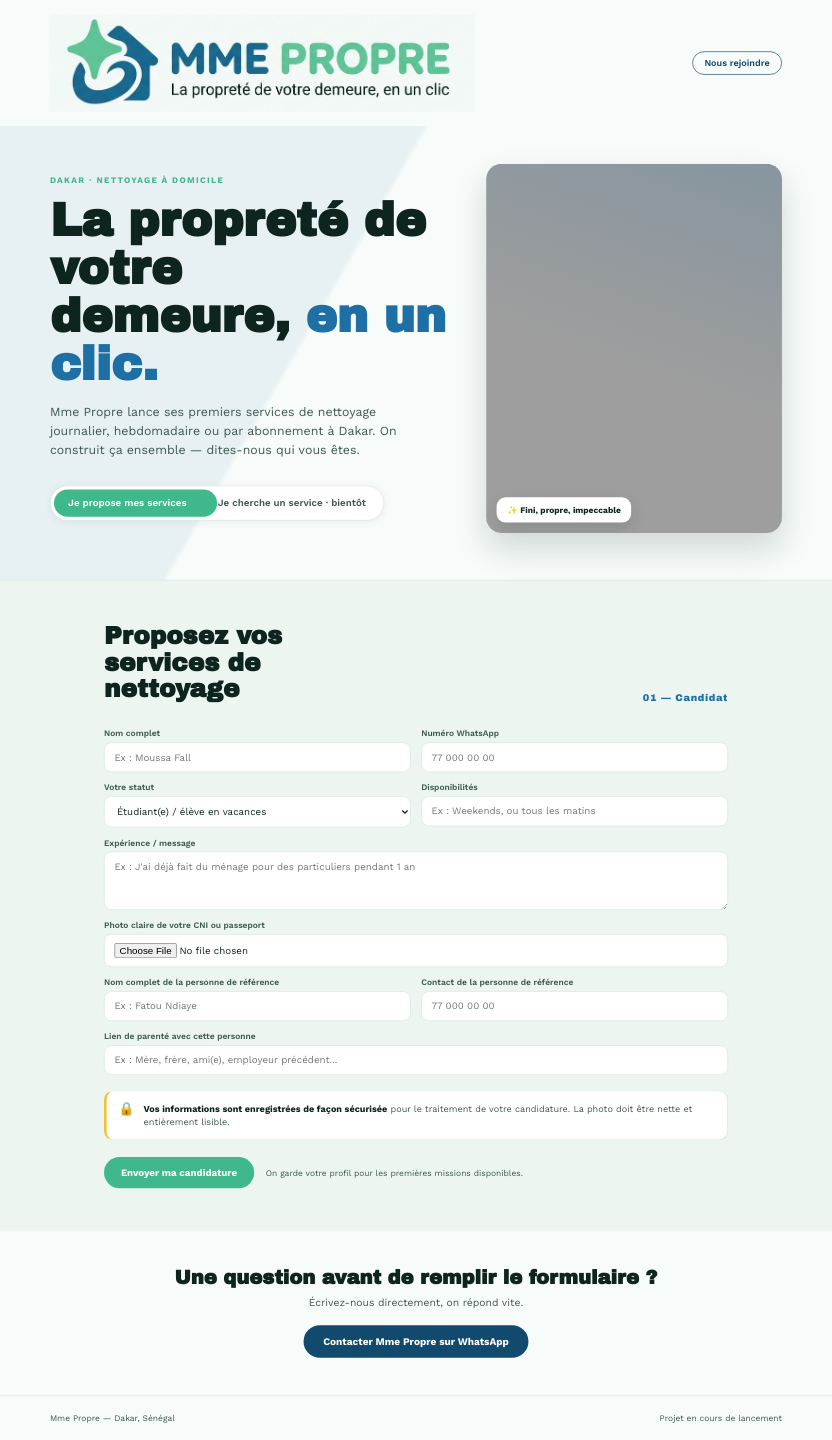
Repository: AntaaaKD/Mme-Propre
Page: test.html
These files come from the project's save history. The page is drawn as it stood at one moment and after the next save; the edit follows.
The browser window is 1280 px wide. The pictures show the whole page, at 65% of full size.
Pictures or frames that could not be fetched are drawn as grey boxes.

Above is the page before, as saved 2026-07-20 01:00:27.

### test.html
<!DOCTYPE html>
<html lang="fr">
<head>
<meta charset="UTF-8">
<meta name="viewport" content="width=device-width, initial-scale=1.0">
<title>Mme Propre — La propreté de votre demeure, en un clic</title>
<link rel="preconnect" href="https://fonts.googleapis.com">
<link rel="preconnect" href="https://fonts.gstatic.com" crossorigin>
<link href="https://fonts.googleapis.com/css2?family=Archivo+Black&family=Work+Sans:wght@400;500;600;700&display=swap" rel="stylesheet">
<style>
  :root{
    --surface:#F7FBF9;
    --surface-2:#ECF5F0;
    --ink:#0E241E;
    --ink-soft:#3E5A52;
    --blue:#1D6FA5;
    --blue-deep:#124A6E;
    --mint:#3FB88C;
    --lemon:#F2C230;
    --line:#D6E6DE;
    --radius:18px;
    --display:"Archivo Black", sans-serif;
    --body:"Work Sans", sans-serif;
  }
  *{box-sizing:border-box;}
  body{margin:0;padding:0;background:var(--surface);color:var(--ink);font-family:var(--body);}
  a{color:inherit;}

  /* ---------- HEADER ---------- */
  header{
    display:flex;align-items:center;justify-content:space-between;
    padding:22px 6vw;
  }
  .logo{
    font-family:var(--display);
    font-size:20px;
    letter-spacing:0.5px;
    display:flex;align-items:center;gap:10px;
  }
  .logo-img {
  height: 150px; /* Ajustez la hauteur selon vos besoins */
  width: auto;
  display: block;
}
  .logo-dot{width:12px;height:12px;border-radius:50%;background:var(--mint);box-shadow:0 0 0 4px rgba(63,184,140,0.18);}
  .header-cta{
    font-size:14px;font-weight:600;color:var(--blue-deep);
    border:1.5px solid var(--blue-deep);border-radius:999px;
    padding:9px 18px;text-decoration:none;
    transition:background .2s ease, color .2s ease;
  }
  .header-cta:hover{background:var(--blue-deep);color:#fff;}

  /* ---------- HERO ---------- */
  .hero{
    position:relative;
    padding:8vh 6vw 10vh;
    overflow:hidden;
  }
  .hero-grid{
    position:relative;z-index:2;
    display:grid;grid-template-columns:1.15fr 0.85fr;gap:56px;align-items:center;
  }
  @media (max-width:860px){
    .hero-grid{grid-template-columns:1fr;}
    .hero-image{order:-1;max-height:280px;}
  }
  .hero-image{
    position:relative;border-radius:24px;overflow:hidden;
    box-shadow:0 24px 50px rgba(14,36,30,0.16);
    aspect-ratio:4/5;
  }
  .hero-image img{
    width:100%;height:100%;object-fit:cover;display:block;
  }
  .hero-image::after{
    content:"";position:absolute;inset:0;
    background:linear-gradient(200deg, rgba(29,111,165,0.18), transparent 55%);
  }
  .hero-badge{
    position:absolute;bottom:16px;left:16px;z-index:3;
    background:#fff;border-radius:14px;padding:12px 16px;
    display:flex;align-items:center;gap:10px;
    box-shadow:0 10px 24px rgba(14,36,30,0.14);
    font-size:13px;font-weight:700;color:var(--ink);
  }
  .hero-wipe{
    position:absolute;inset:0;
    background:linear-gradient(120deg, var(--blue) 0%, var(--blue) 42%, transparent 42.5%);
    opacity:0.07;
    animation:wipe 6s ease-in-out infinite;
    pointer-events:none;
  }
  @keyframes wipe{
    0%,100%{transform:translateX(-8%);}
    50%{transform:translateX(8%);}
  }
  .eyebrow{
    font-size:13px;font-weight:700;letter-spacing:2px;text-transform:uppercase;
    color:var(--mint);margin-bottom:18px;
  }
  h1{
    font-family:var(--display);
    font-size:clamp(38px,6vw,72px);
    line-height:1.02;
    margin:0 0 22px;
    max-width:14ch;
  }
  h1 .accent{color:var(--blue);}
  .hero p{
    font-size:19px;color:var(--ink-soft);max-width:46ch;line-height:1.55;margin:0 0 40px;
  }

  /* ---------- SWITCH ---------- */
  .switch{
    display:inline-flex;background:#fff;border:1.5px solid var(--line);
    border-radius:999px;padding:5px;gap:4px;position:relative;
    box-shadow:0 2px 14px rgba(14,36,30,0.06);
  }
  .switch button{
    border:none;background:transparent;font-family:var(--body);font-weight:600;font-size:15px;
    padding:12px 22px;border-radius:999px;cursor:pointer;color:var(--ink-soft);
    transition:color .2s ease;position:relative;z-index:2;
  }
  .switch button.active{color:#fff;}
  .switch-thumb{
    position:absolute;top:5px;left:5px;bottom:5px;
    width:calc(50% - 5px);
    background:var(--mint);border-radius:999px;
    transition:transform .28s cubic-bezier(.65,0,.35,1);
    z-index:1;
  }
  .switch.pos-1 .switch-thumb{transform:translateX(100%);background:var(--blue-deep);}

  /* ---------- SECTION WRAPPER ---------- */
  .panel{
    background:var(--surface-2);
    border-top:1px solid var(--line);
    padding:9vh 6vw;
  }
  .panel-inner{max-width:960px;margin:0 auto;}
  .panel-head{display:flex;align-items:flex-end;justify-content:space-between;gap:24px;margin-bottom:40px;flex-wrap:wrap;}
  .panel h2{font-family:var(--display);font-size:clamp(26px,3.4vw,38px);margin:0;max-width:16ch;}
  .panel-head .num{font-family:var(--display);font-size:15px;color:var(--blue);letter-spacing:1px;}

  .grid{display:grid;grid-template-columns:1fr 1fr;gap:16px;}
  @media (max-width:680px){.grid{grid-template-columns:1fr;}}

  .field{display:flex;flex-direction:column;gap:6px;}
  .field.full{grid-column:1/-1;}
  label{font-size:13px;font-weight:600;color:var(--ink-soft);}
  input,select,textarea{
    font-family:var(--body);font-size:15px;
    border:1.5px solid var(--line);border-radius:12px;
    padding:13px 15px;background:#fff;color:var(--ink);
    outline:none;transition:border-color .18s ease;
  }
  input:focus,select:focus,textarea:focus{border-color:var(--blue);}
  textarea{resize:vertical;min-height:90px;}

  .submit-row{margin-top:26px;display:flex;align-items:center;gap:18px;flex-wrap:wrap;}
  .btn-whatsapp{
    display:inline-flex;align-items:center;gap:10px;
    background:var(--mint);color:#fff;border:none;border-radius:999px;
    padding:15px 26px;font-family:var(--body);font-weight:700;font-size:15px;cursor:pointer;
    transition:transform .15s ease, box-shadow .15s ease;
  }
  .btn-whatsapp:hover{transform:translateY(-2px);box-shadow:0 8px 22px rgba(63,184,140,0.35);}
  .hint{font-size:13px;color:var(--ink-soft);}

  .id-notice{
    display:flex;gap:14px;align-items:flex-start;
    background:#fff;border:1.5px solid var(--line);border-left:4px solid var(--lemon);
    border-radius:14px;padding:16px 18px;margin-top:24px;
  }
  .id-notice .icon{font-size:20px;line-height:1;}
  .id-notice p{margin:0;font-size:14px;color:var(--ink-soft);line-height:1.5;}
  .id-notice strong{color:var(--ink);}

  /* ---------- DIRECT CONTACT ---------- */
  .direct{
    padding:8vh 6vw;text-align:center;
  }
  .direct h3{font-family:var(--display);font-size:clamp(22px,3vw,30px);margin:0 0 12px;}
  .direct p{color:var(--ink-soft);margin:0 0 26px;font-size:16px;}
  .btn-direct{
    display:inline-flex;align-items:center;gap:10px;
    background:var(--blue-deep);color:#fff;border:none;border-radius:999px;
    padding:16px 30px;font-family:var(--body);font-weight:700;font-size:15.5px;text-decoration:none;
    transition:transform .15s ease;
  }
  .btn-direct:hover{transform:translateY(-2px);}

  footer{
    padding:26px 6vw;border-top:1px solid var(--line);
    font-size:13px;color:var(--ink-soft);
    display:flex;justify-content:space-between;flex-wrap:wrap;gap:10px;
  }

  .hidden{display:none;}

  /* ---------- SOON STATE (client) ---------- */
  .soon-card{
    background:#fff;border:1.5px dashed var(--line);border-radius:20px;
    padding:44px 40px;text-align:center;
  }
  .soon-badge{
    display:inline-block;font-size:12px;font-weight:700;letter-spacing:1px;text-transform:uppercase;
    background:var(--lemon);color:var(--ink);border-radius:999px;padding:6px 14px;margin-bottom:18px;
  }
  .soon-card h3{font-family:var(--display);font-size:24px;margin:0 0 12px;}
  .soon-card p{color:var(--ink-soft);font-size:16px;max-width:48ch;margin:0 auto 28px;line-height:1.55;}
</style>
</head>
<body>

<header>
  <div class="logo">
    <!-- Le chemin est relatif à votre fichier HTML -->
    <img src="images/logo-mmepropre.png"
         alt="Mme Propre"
         class="logo-img">
  </div>
  <a class="header-cta" href="#form">Nous rejoindre</a>
</header>

<section class="hero">
  <div class="hero-wipe"></div>
  <div class="hero-grid">
    <div>
      <div class="eyebrow">Dakar · Nettoyage à domicile</div>
      <h1>La propreté de votre<br>demeure, <span class="accent">en un clic.</span></h1>
      <p>Mme Propre lance ses premiers services de nettoyage journalier, hebdomadaire ou par abonnement à Dakar. On construit ça ensemble — dites-nous qui vous êtes.</p>

      <div class="switch pos-0" id="switch">
        <div class="switch-thumb"></div>
        <button class="active" data-target="candidat" onclick="setProfile('candidat')">Je propose mes services</button>
        <button data-target="client" onclick="setProfile('client')">Je cherche un service · bientôt</button>
      </div>
    </div>

    <div class="hero-image">
      <img src="https://african.land/oc-content/plugins/blog/img/blog/328.jpg" alt="Nettoyage professionnel à domicile">
      <div class="hero-badge">✨ Fini, propre, impeccable</div>
    </div>
  </div>
</section>

<section class="panel" id="form">
  <div class="panel-inner">

    <div id="panel-candidat">
      <div class="panel-head">
        <h2>Proposez vos services de nettoyage</h2>
        <span class="num">01 — Candidat</span>
      </div>
      <div class="grid">
        <div class="field"><label for="p-nom">Nom complet</label><input id="p-nom" type="text" placeholder="Ex : Moussa Fall"></div>
        <div class="field"><label for="p-tel">Numéro WhatsApp</label><input id="p-tel" type="tel" placeholder="77 000 00 00"></div>
        <div class="field">
          <label for="p-statut">Votre statut</label>
          <select id="p-statut">
            <option>Étudiant(e) / élève en vacances</option>
            <option>Professionnel(le) en recherche d'opportunité</option>
            <option>Autre</option>
          </select>
        </div>
        <div class="field"><label for="p-dispo">Disponibilités</label><input id="p-dispo" type="text" placeholder="Ex : Weekends, ou tous les matins"></div>
        <div class="field full"><label for="p-msg">Expérience / message</label><textarea id="p-msg" placeholder="Ex : J'ai déjà fait du ménage pour des particuliers pendant 1 an"></textarea></div>
        <div class="field full">
          <label for="p-photo">Photo claire de votre CNI ou passeport</label>
          <input id="p-photo" type="file" accept="image/*">
        </div>
        <div class="field"><label for="p-ref-nom">Nom complet de la personne de référence</label><input id="p-ref-nom" type="text" placeholder="Ex : Fatou Ndiaye"></div>
        <div class="field"><label for="p-ref-tel">Contact de la personne de référence</label><input id="p-ref-tel" type="tel" placeholder="77 000 00 00"></div>
        <div class="field full"><label for="p-ref-lien">Lien de parenté avec cette personne</label><input id="p-ref-lien" type="text" placeholder="Ex : Mère, frère, ami(e), employeur précédent..."></div>
      </div>

      <div class="id-notice">
        <span class="icon">🔒</span>
        <p><strong>Vos informations sont enregistrées de façon sécurisée</strong> pour le traitement de votre candidature. La photo doit être nette et entièrement lisible.</p>
      </div>

      <div class="submit-row">
        <button class="btn-whatsapp" id="submit-btn" onclick="submitCandidature()">Envoyer ma candidature</button>
        <span class="hint" id="submit-status">On garde votre profil pour les premières missions disponibles.</span>
      </div>
    </div>

    <div id="panel-client" class="hidden">
      <div class="panel-head">
        <h2>Demandez un nettoyage</h2>
        <span class="num">02 — Client</span>
      </div>
      <div class="soon-card">
        <span class="soon-badge">Bientôt disponible</span>
        <h3>Ce service arrive prochainement</h3>
        <p>Pour l'instant, Mme Propre se concentre sur le recrutement de son équipe de nettoyage. Le service de réservation pour les particuliers ouvrira dans une prochaine étape — restez connecté(e) pour être informé(e) dès son lancement.</p>
        <button class="btn-whatsapp" onclick="notifyMe()">Être informé(e) du lancement</button>
      </div>
    </div>

  </div>
</section>

<section class="direct">
  <h3>Une question avant de remplir le formulaire ?</h3>
  <p>Écrivez-nous directement, on répond vite.</p>
  <a class="btn-direct" id="direct-wa" href="#" target="_blank" rel="noopener">Contacter Mme Propre sur WhatsApp</a>
</section>

<footer>
  <span>Mme Propre — Dakar, Sénégal</span>
  <span>Projet en cours de lancement</span>
</footer>

<script>
  // ⚠️ Remplacer par le vrai numéro WhatsApp de Mme Propre, format international sans "+" ni espaces
  const WHATSAPP_NUMBER = "221775730664";

  // ⚠️ Remplacer par l'URL de ton application web Apps Script (se termine par /exec)
  const GAS_WEB_APP_URL = "https://script.google.com/macros/s/AKfycbztkSX3TyebbLAMASZva5rAbgVcuSgHpPOw3mWZLaVD60Z6R83ZnjcCemumw_IpcYI8/exec";

  function setProfile(target){
    const isClient = target === 'client';
    document.getElementById('panel-client').classList.toggle('hidden', !isClient);
    document.getElementById('panel-candidat').classList.toggle('hidden', isClient);
    document.getElementById('switch').classList.toggle('pos-0', !isClient);
    document.getElementById('switch').classList.toggle('pos-1', isClient);
    document.querySelectorAll('.switch button').forEach(b=>{
      b.classList.toggle('active', b.dataset.target === target);
    });
  }

  function fileToBase64(file){
    return new Promise((resolve, reject) => {
      const reader = new FileReader();
      reader.onload = () => resolve(reader.result);
      reader.onerror = reject;
      reader.readAsDataURL(file);
    });
  }

  async function submitCandidature(){
    const btn = document.getElementById('submit-btn');
    const status = document.getElementById('submit-status');

    const nom = document.getElementById('p-nom').value.trim();
    const tel = document.getElementById('p-tel').value.trim();
    const statut = document.getElementById('p-statut').value;
    const dispo = document.getElementById('p-dispo').value.trim();
    const experience = document.getElementById('p-msg').value.trim();
    const refNom = document.getElementById('p-ref-nom').value.trim();
    const refTel = document.getElementById('p-ref-tel').value.trim();
    const refLien = document.getElementById('p-ref-lien').value.trim();
    const photoInput = document.getElementById('p-photo');
    const photoFile = photoInput.files[0];

    if(!nom || !tel){
      status.textContent = "Merci de renseigner au moins votre nom et votre numéro.";
      status.style.color = "#B3261E";
      return;
    }

    btn.disabled = true;
    btn.textContent = "Envoi en cours...";
    status.style.color = "";
    status.textContent = "Merci de patienter, ça ne prend que quelques secondes.";

    try{
      let photoBase64 = "", photoMimeType = "", photoName = "";
      if(photoFile){
        photoBase64 = await fileToBase64(photoFile);
        photoMimeType = photoFile.type;
        photoName = photoFile.name;
      }

      await fetch(GAS_WEB_APP_URL, {
        method: "POST",
        mode: "no-cors",
        headers: { "Content-Type": "text/plain;charset=utf-8" },
        body: JSON.stringify({ nom, tel, statut, dispo, experience, refNom, refTel, refLien, photoBase64, photoMimeType, photoName })
      });

      btn.textContent = "Envoyé ✓";
      status.style.color = "#3FB88C";
      status.textContent = "Candidature reçue ! On revient vers vous très bientôt.";
      document.querySelectorAll('#panel-candidat input, #panel-candidat select, #panel-candidat textarea').forEach(el => {
        if(el.type === 'file') el.value = ""; else el.value = "";
      });
    } catch(err){
      btn.disabled = false;
      btn.textContent = "Envoyer ma candidature";
      status.style.color = "#B3261E";
      status.textContent = "Une erreur est survenue, réessayez ou contactez-nous sur WhatsApp.";
    }
  }

  function notifyMe(){
    const text = "Bonjour Mme Propre 👋\n\nJe suis intéressé(e) par le service de réservation de nettoyage. Merci de me prévenir dès son lancement !";
    const url = `https://wa.me/${WHATSAPP_NUMBER}?text=${encodeURIComponent(text)}`;
    window.open(url, '_blank');
  }

  document.getElementById('direct-wa').href = `https://wa.me/${WHATSAPP_NUMBER}?text=${encodeURIComponent("Bonjour Mme Propre, j'ai une question 👋")}`;
  setProfile('candidat');
</script>

</body>
</html>

After the next save:
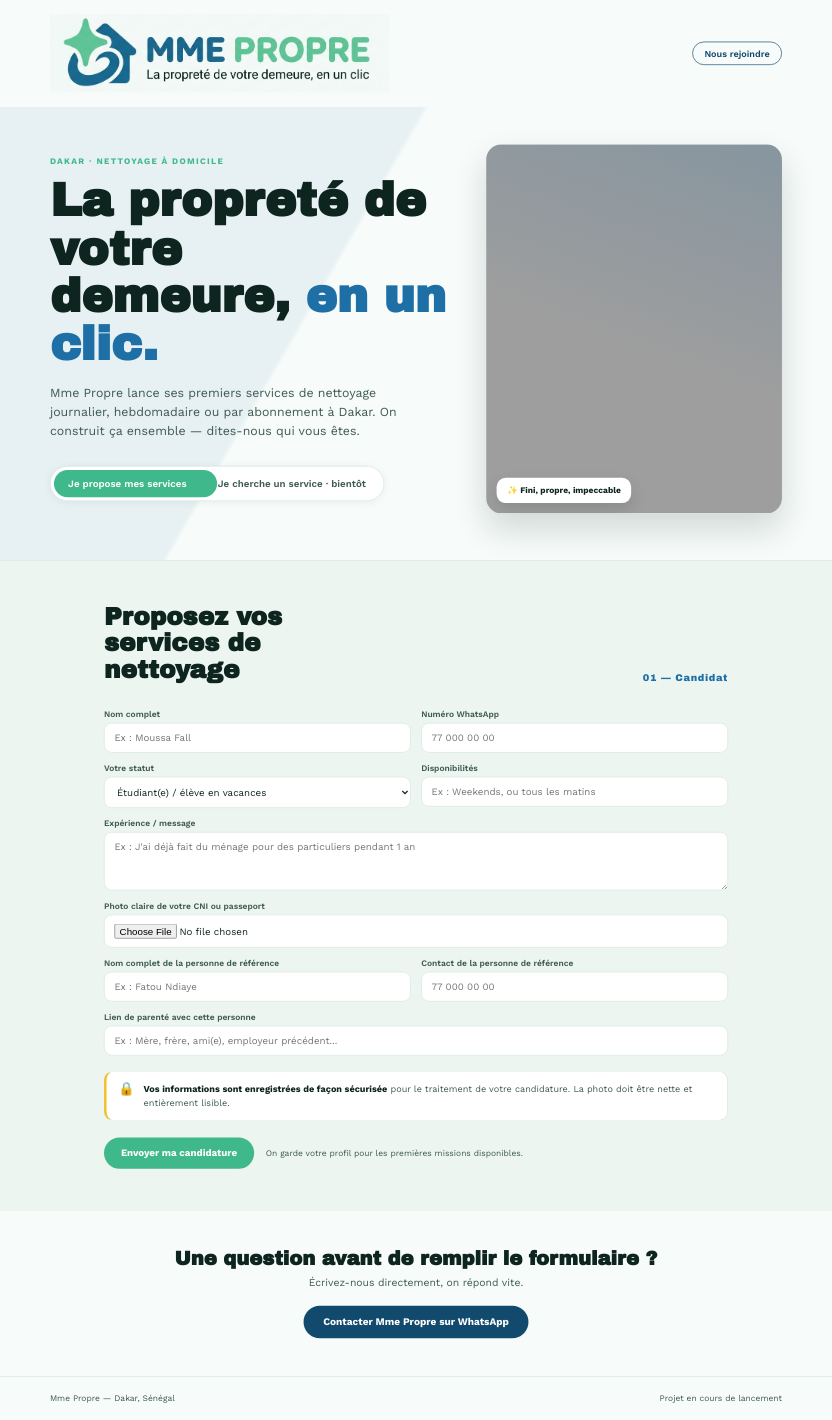
Saved 20 s later.
--- a/test.html
+++ b/test.html
@@ -38,7 +38,7 @@
     display:flex;align-items:center;gap:10px;
   }
   .logo-img {
-  height: 150px; /* Ajustez la hauteur selon vos besoins */
+  height: 120px; /* Ajustez la hauteur selon vos besoins */
   width: auto;
   display: block;
 }
